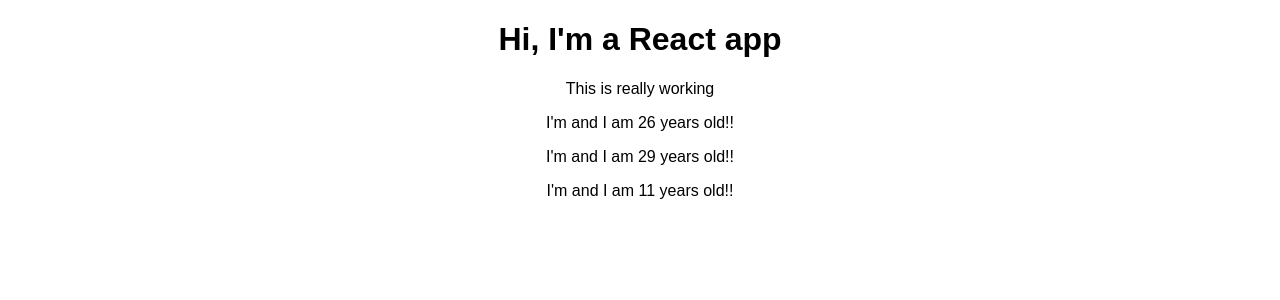
Repository: cristinadoroftei/FirstReactProject
Page: /
These files come from the project's save history. The page is drawn as it stood at one moment and after a run of saves; the edit follows.
The browser window is 1280 px wide. The pictures show the whole page.
The project was rebuilt for these pictures with package versions that can differ from the ones it lists, and the page was loaded fresh each time.

Above is the page before, as saved 2020-07-08 09:44:03.

### src/App.js
//import React which is responsible for rendering things in the DOM and Component to extend the Component class
import React, { Component } from 'react';
import './App.css';
import Person from './Person/Person.js'


class App extends Component {
  render() {
    return (
      <div className="App">
        <h1>Hi, I'm a React app</h1>
        <p>This is really working</p>
        <Person name= "Max" age="45"/>
        <Person name= "Max1" age="43"/>
        <Person name= "Max2" age="46"/>
      </div>
    );
    // return React.createElement('div', null, React.createElement('h1', {className: 'App'}, 'Hi, Im a react app!') )
  }
}

export default App;

### src/Person/Person.js
import React from 'react';


const person = (props) => {
    return <p>I'm  and I am {Math.floor(Math.random() * 30)} years old!!</p>
};


export default person;

Loaded but not shown: public/index.html (common file); src/index.js (common file); src/index.css (common file); src/registerServiceWorker.js (common file); src/App.css (common file)

After the next 2 saves:
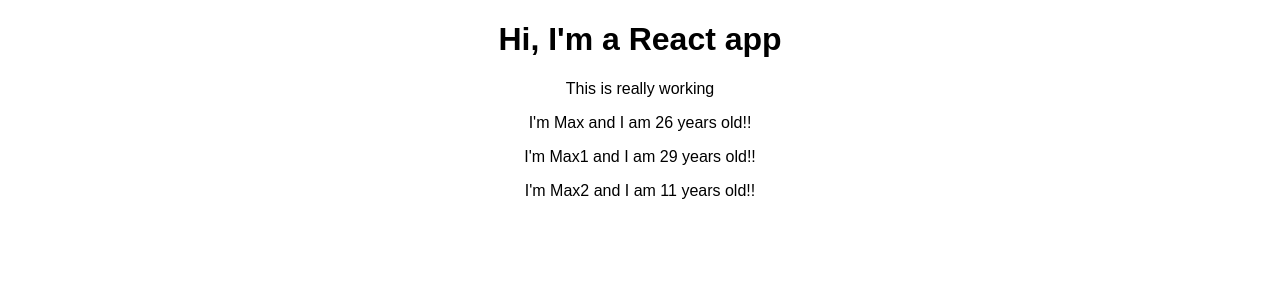
The 2 saves are shown as one change because they came seconds apart.
The last was saved 75 s later.
--- a/src/Person/Person.js
+++ b/src/Person/Person.js
@@ -2,7 +2,7 @@ import React from 'react';
 
 
 const person = (props) => {
-    return <p>I'm  and I am {Math.floor(Math.random() * 30)} years old!!</p>
+    return <p>I'm {props.name}  and I am {Math.floor(Math.random() * 30)} years old!!</p>
 };
 
 
